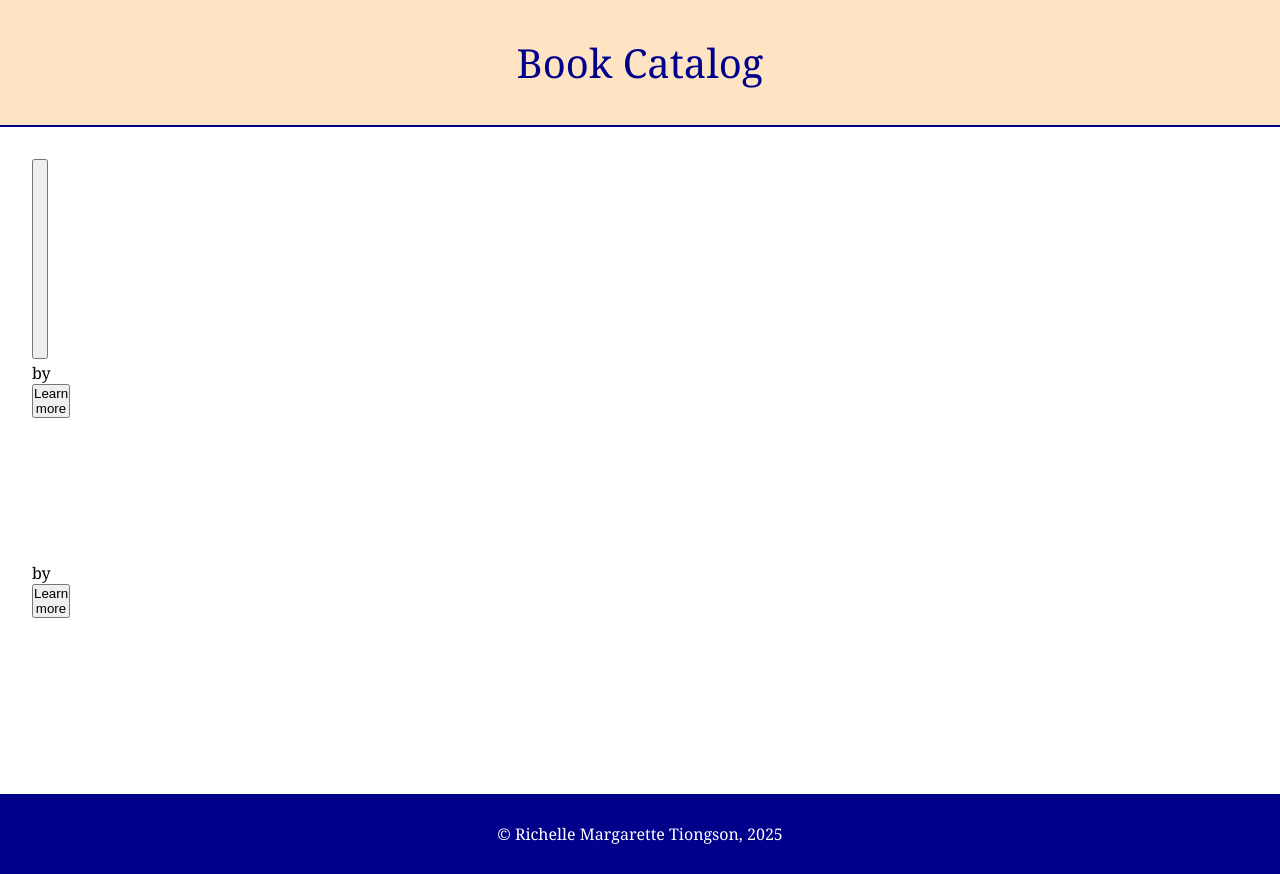
Repository: richelletiongson/comp3170_lab01
Page: /
The author's editor kept a copy of each file at every save. The page is drawn from the files as they stood at one save, then again after the next save.
The browser window is 1280 px wide. The pictures show the whole page.
The project was rebuilt for these pictures with package versions that can differ from the ones it lists, and the page was loaded fresh each time. Also part of the build but not shown: vite.config.js.

Above is the page before, as saved 2025-09-14 00:00:01.

### index.html
<!doctype html>
<html lang="en">
  <head>
    <meta charset="UTF-8" />
    <link rel="stylesheet" href="src/index.css"/>
    <meta name="viewport" content="width=device-width, initial-scale=1.0" />
    <title>Book Catalog</title>
  </head>
  <body>
    <div id="root"></div>
    <script type="module" src="/src/main.jsx"></script>
  </body>
</html>

### src/index.css
* {
  margin: 0;
  padding: 0;
}

body {
  font-family: 'Georgia', 'Times New Roman', serif;
  height: 100vh;
  display: flex;
  flex-direction: column;
}

.app {
  display: flex;
  flex-direction: column;
  min-height: 100vh;
}

.header {
  background-color: bisque;
  height: 125px;
  display: flex;
  align-items: center;
  justify-content: center;
  border-bottom: 2px solid darkblue;
}

.header-title {
  color: darkblue;
  font-size: 2.5rem;
  font-weight: normal;
  text-align: center;
  margin: 0;
}

.book {
  border: 1px red;
  height:200px;
  width:1rem;
}

.new {
  height:200px;
  width:1rem;
}

.main-content {
  flex: 1;
  background-color: #FFFFFF;
  padding: 2rem;
}

.footer {
  background-color: darkblue;
  height: 80px;
  display: flex;
  align-items: center;
  justify-content: center;
}

.footer-text {
  color: #FFFFFF;
  font-size: 1rem;
  margin: 0;
  text-align: center;
}

### src/App.jsx

import './index.css'
import Book from './Book'

function App() {
  return (
    <div className="app">
      <header className="header">
        <h1 className="header-title">Book Catalog</h1>
      </header>

      <main className="main-content">
        <button className="new"></button>
        <Book/>
        <Book/>
      </main>

      <footer className="footer">
        <p className="footer-text">© Richelle Margarette Tiongson, 2025</p>
      </footer>
    </div>
  )
}

export default App

### src/Book.jsx
import './index.css'

function Book(props) {
    return (
        <div className="book">
            <image src={props.image}></image>
            <div>
                <p>by</p>
                <p>{props.author}</p>
            </div>
            <button>Learn more</button>
        </div>
    );
}

export default Book;

Loaded but not shown: src/main.jsx (common file)

After the next save:
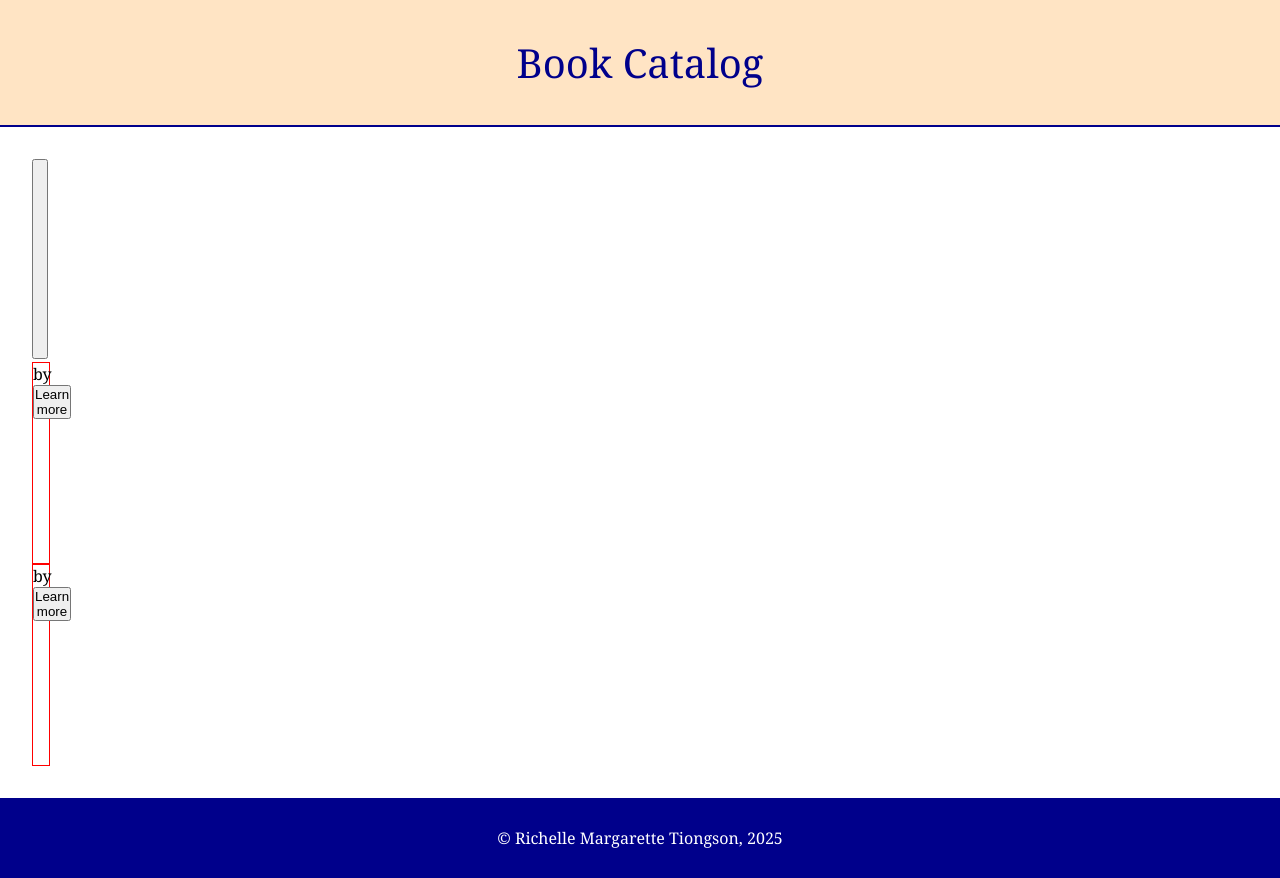
Saved 16 s later.
--- a/src/index.css
+++ b/src/index.css
@@ -34,7 +34,7 @@ body {
 }
 
 .book {
-  border: 1px red;
+  border: solid 1px red;
   height:200px;
   width:1rem;
 }
